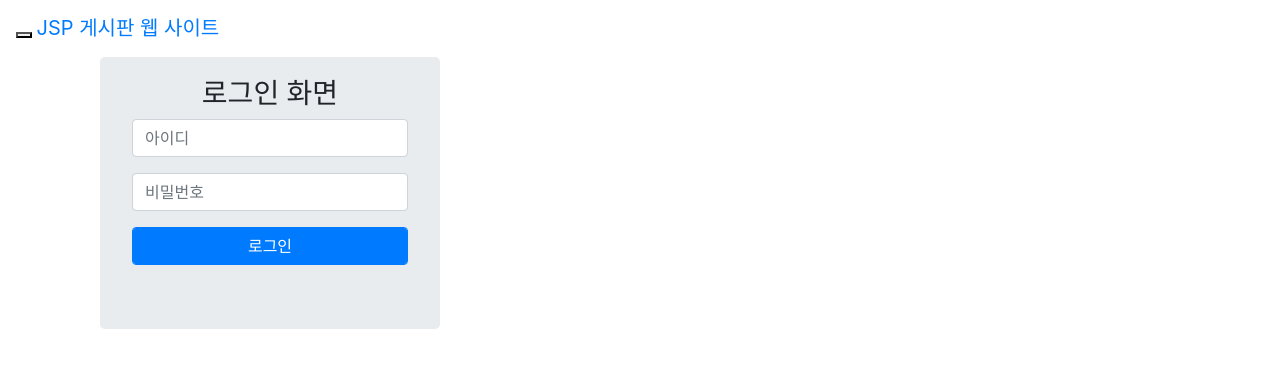
Repository: hz6450/2024-summer-jsp-notice-project
Page: http://localhost/BBS/login.jsp
The author's editor kept a copy of each file at every save. The page is drawn from the files as they stood at one save, then again after the next save.
The browser window is 1280 px wide. The pictures show the whole page.
Some web libraries are served in a nearby version. The page is served by Tomcat 10. Other server files are loaded and not shown.

Above is the page before, as saved 2024-07-10 05:02:10.

### projects/BBS/src/main/webapp/login.jsp
<%@ page language="java" contentType="text/html; charset=UTF-8" pageEncoding="UTF-8" %>
    <!DOCTYPE html>
    <html>

    <head>
        <meta charset="UTF-8">
        <meta name="viewport" content="width=device-width" initial-scale="1">
        <link rel="stylesheet" href="css/bootstrap.css">
        <title>jsp 게시판 웹 사이트</title>
    </head>

    <body>
        <nav class="navbar navbar-default">
            <div class="navbar-header">
                <button type="button" class="navbar-toggle" data-toggle="collapse"
                    data-target="#bs-example-navbar-collapse-1" aria-expanded="false">
                    <span class="icon-bar"></span>
                    <span class="icon-bar"></span>
                    <span class="icon-bar"></span>
                </button>
                <a class="navbar-brand" href="main.jsp">JSP 게시판 웹 사이트</a>
            </div>
            <div class="collapse navbar-collapse" id="bs-example-navbar-collapse-1">
                <ul class="nav navbar-nav">
                    <li><a href="main.jsp">메인</a></li>
                    <li><a href="bbs.jsp">게시판</a></li>
                </ul>
                <ul class="nav navber-nav navbar-right">
                    <li class="dropdown">
                        <a href="#" class="dropdown-toggle"
                        data-toggle="dropdown" role="button" aria-haspopup="true"
                        aria-expanded="false">접속하기<span class="caret"></span></a>
                        <ul class="dropdown-menu">
                        	<li class="active"><a href="login.jsp">로그인</a></li>
                        	<li><a href="join.jsp">회원가입</a></li>
                        </ul>

                    </li>
                </ul>
            </div>
        </nav>

        <div class="container">
            <div class="col-lg-4"></div>
            <div class="col-lg-4">
                <div class="jumbotron" style="padding-top: 20px;">
                    <form methon="post" action="LoginAction.jsp">
                        <h3 style="text-align: center;">로그인 화면</h3>
                        <div class="form-group">
                            <input type="text" class="form-control" placeholder="아이디" name="userID" maxlength="20">
                        </div>
                        <div class="form-group">
                            <input type="password" class="form-control" placeholder="비밀번호" name="userPassword" maxlength="20">
                        </div>
                        <input type="submit" class="btn btn-primary form-control" value="로그인">
                    </form>
                </div>
            </div>
            <div class="col-lg-4"></div>

        </div>

        <script src="https://code.jquery.com/jquery-3.1.1.min.js"></script>
        <script src="js/bootstrap.js"></script>

    </body>

    </html>

Loaded but not shown: projects/BBS/src/main/webapp/css/bootstrap.css (library); projects/BBS/src/main/webapp/js/bootstrap.js (library)

After the next save:
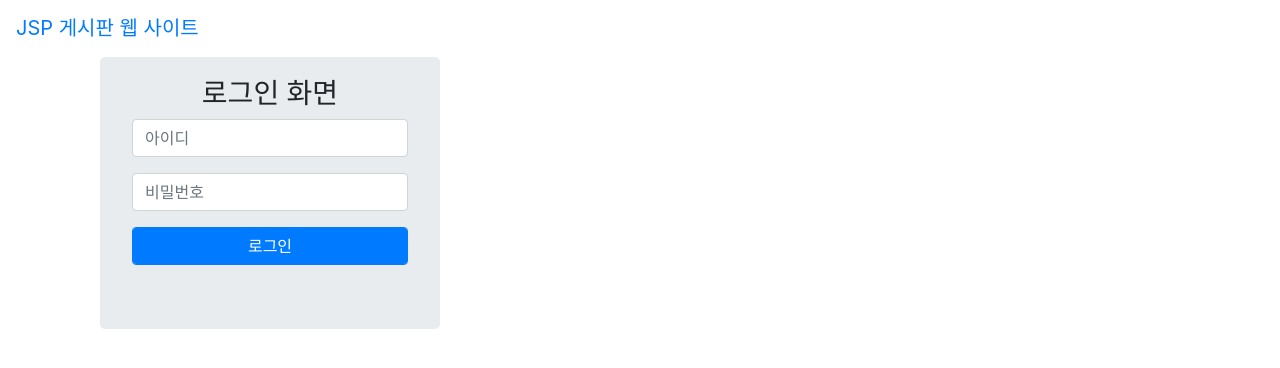
Saved 7 min 8 s later.
--- a/projects/BBS/src/main/webapp/login.jsp
+++ b/projects/BBS/src/main/webapp/login.jsp
@@ -12,12 +12,6 @@
     <body>
         <nav class="navbar navbar-default">
             <div class="navbar-header">
-                <button type="button" class="navbar-toggle" data-toggle="collapse"
-                    data-target="#bs-example-navbar-collapse-1" aria-expanded="false">
-                    <span class="icon-bar"></span>
-                    <span class="icon-bar"></span>
-                    <span class="icon-bar"></span>
-                </button>
                 <a class="navbar-brand" href="main.jsp">JSP 게시판 웹 사이트</a>
             </div>
             <div class="collapse navbar-collapse" id="bs-example-navbar-collapse-1">

After the save that followed:
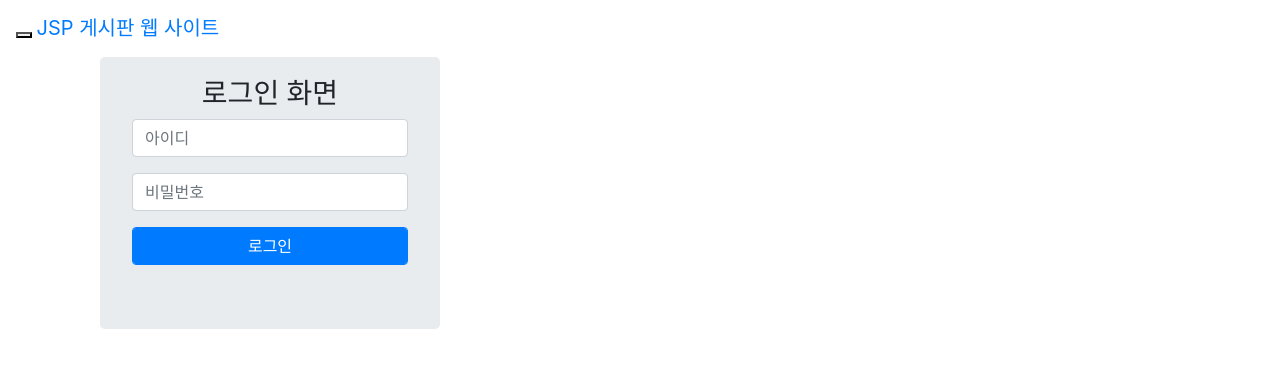
Saved 11 s later.
--- a/projects/BBS/src/main/webapp/login.jsp
+++ b/projects/BBS/src/main/webapp/login.jsp
@@ -12,6 +12,12 @@
     <body>
         <nav class="navbar navbar-default">
             <div class="navbar-header">
+                <button type="button" class="navbar-toggle" data-toggle="collapse"
+                    data-target="#bs-example-navbar-collapse-1" aria-expanded="false">
+                    <span class="icon-bar"></span>
+                    <span class="icon-bar"></span>
+                    <span class="icon-bar"></span>
+                </button>
                 <a class="navbar-brand" href="main.jsp">JSP 게시판 웹 사이트</a>
             </div>
             <div class="collapse navbar-collapse" id="bs-example-navbar-collapse-1">
